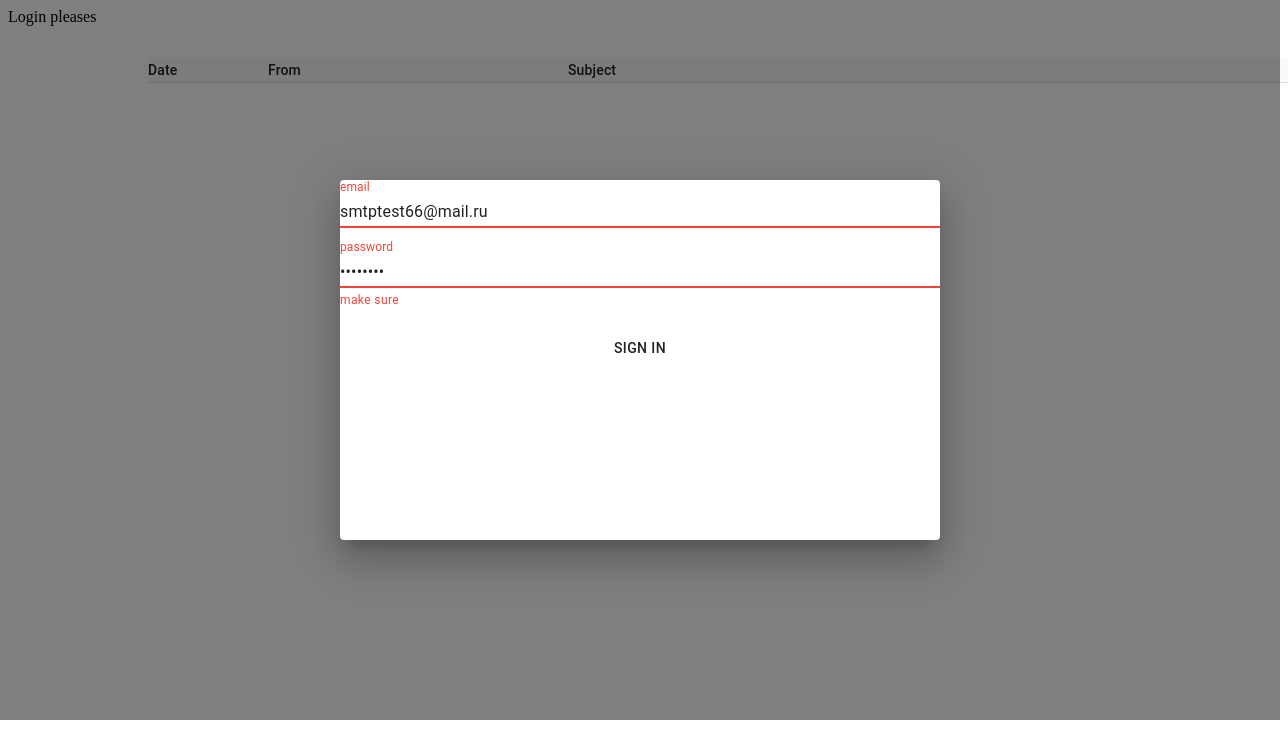
Repository: atakhanovrodion/mailclient
Page: / (app in client/)
The author's editor kept a copy of each file at every save. The page is drawn from the files as they stood at one save, then again after the next save.
The browser window is 1280 px wide. The page is 1288 px wide, so the pictures cover 1288 px, including what lies to the right of the window. The pictures show the whole page.
The project was rebuilt for these pictures with package versions that can differ from the ones it lists, and the page was loaded fresh each time. Also part of the build but not shown: client/webpack.config.js.

Above is the page before, as saved 2021-03-16 10:25:26.

### client/src/index.html
<!DOCTYPE html>
<html lang="en">
  <head>
    <title>MAILCLIENT</title>
  </head>
  <body>
    <div id="root"></div>
  </body>
</html>

### client/src/main.tsx
import * as React from "react";
import * as ReactDOM from "react-dom";

//import "normalize.css";
import "./css/main.css";

import BaseLayout from "./components/BaseLayout";

const baseComponent = ReactDOM.render(
  <BaseLayout />,
  document.getElementById("root")
);

### client/src/css/main.css
.appContainer {
  display: grid;
  grid-template-columns: 140px 1fr;
  grid-template-rows: 50px 1fr;
  width: 100vw;
  height: 100vh;
}
.header {
  grid-column: 1 / 3;
}

.listOfMailboxes {
  grid-column: 1 / 2;
  grid-row: 2 / 2;
}

.loginForm {
  display: grid;
  grid-template-columns: 200px 1f;
  grid-template-rows: 60px 90px 1fr;
}

### client/src/components/BaseLayout.tsx
import * as React from "react";
import Login from "./Login";
import * as api from "../api";
import Header from "./Header";
import ListOfMailboxes from "./ListOfMailboxes";
import ListOfMessages from "./ListOfMessages";
import WaitView from "./WaitView";
type MyState = {
  isAuth: false;
  loginEmail: string;
  loginPassword: string;
  currenEmail: string;
  currentPassword: string;
  listOfMailboxes: api.IMailbox[];
  listOfMessages: api.IMessage[];
  currentHost: string;
  currentMailboxList: [];
  currentMessageBody: string;
  currentMailbox: string;
  errorText: string;
  waitState: boolean;
};

class BaseLayout extends React.Component {
  constructor(props: any) {
    super(props);
    this.handleInput = this.handleInput.bind(this);
    this.tryAuth = this.tryAuth.bind(this);
    this.signOut = this.signOut.bind(this);
    this.getMailbox = this.getMailbox.bind(this);
    this.getMessage = this.getMessage.bind(this);
  }
  state: MyState = {
    isAuth: false,
    loginEmail: "smtptest66@mail.ru",
    loginPassword: "imap1488",
    currenEmail: "undefined",
    currentHost: "",
    currentMailboxList: [],
    currentMessageBody: "",
    currentMailbox: "INBOx",
    currentPassword: "",
    listOfMailboxes: [],
    listOfMessages: [],
    errorText: "",
    waitState: false,
  };
  render() {
    return (
      <div>
        <Login
          onSubmit={this.tryAuth}
          onChange={this.handleInput}
          isOpen={this.state.isAuth}
          user={this.state.loginEmail}
          pass={this.state.loginPassword}
          errorText={this.state.errorText}
        />
        <WaitView state={this.state.waitState} />

        <div className="appContainer">
          <div className="header">
            <Header
              onClick={this.signOut}
              currentEmail={this.state.currenEmail}
              isAuth={this.state.isAuth}
            />
          </div>
          <div className="listOfMailboxes">
            <ListOfMailboxes
              mailboxes={this.state.listOfMailboxes}
              onClick={this.getMailbox}
            />
          </div>
          <div className="centerArea">
            {" "}
            <ListOfMessages
              messages={this.state.listOfMessages}
              onClick={this.getMessage}
            />
            {this.state.currentMessageBody}{" "}
          </div>
        </div>
      </div>
    );
  }

  handleInput(e: any): void {
    const target: string = e.target.id;
    this.setState({ [target]: e.target.value });
  }

  async tryAuth(): Promise<void> {
    let domain: string = findDomain(this.state.loginEmail);
    const info: api.IAuthInfo = {
      user: this.state.loginEmail,
      password: this.state.loginPassword,
      host: "imap." + domain,
      port: 993,
    };
    this.setState({
      waitState: true,
    });
    const apiWorker = new api.Worker();
    if ((await apiWorker.tryAuth(info)) == "succes") {
      const data = {
        loginEmail: "",
        loginPassword: "",
        isAuth: true,
        currenEmail: this.state.loginEmail,
        currentPassword: this.state.loginPassword,
        currentHost: domain,
      };
      this.setState(data);
      console.log(this.state);
      this.getListOfMailboxes();
      //TODO
      this.getMailbox("INBOx");
    }
    this.setState({ loginEmail: "", loginPassword: "", waitState: false });
  }

  async getListOfMailboxes(): Promise<void> {
    this.setState({
      waitState: true,
    });
    const apiWorker = new api.Worker();
    const mailboxes = await apiWorker.listOfMailboxes();
    this.setState({ listOfMailboxes: mailboxes, waitState: false });
  }

  async getMailbox(path: string): Promise<void> {
    this.setState({
      waitState: true,
    });
    const apiWorker: api.Worker = new api.Worker();
    const messages: api.IMessage[] = await apiWorker.getMailbox(path);
    this.setState({
      listOfMessages: messages,
      currentMailbox: path,
      waitState: false,
    });
    console.log(this.state);
  }

  async getMessage(message: api.IMessage): Promise<void> {
    this.setState({
      waitState: true,
    });
    const apiWorker: api.Worker = new api.Worker();
    const messageBody: string = await apiWorker.getMessage(
      this.state.currentMailbox,
      message.id.toString()
    );
    this.setState({
      currentMessageBody: messageBody,
      waitState: false,
    });
  }

  signOut(): void {
    this.setState({
      isAuth: false,
      listOfMailboxes: [],
      listOfMessages: [],
    });
  }
}
export default BaseLayout;

//TODO
//email validation
function findDomain(address: string): string {
  let i = 0;
  let domain = "";
  while (i < address.length) {
    if (address[i] == "@") {
      if (address[i + 1]) {
        let j = i + 1;
        while (j < address.length) {
          domain += address[j];
          j++;
        }
      }
    }
    i++;
  }
  return domain;
}

### client/src/components/Login.tsx
import React from "react";
import { withStyles } from "@material-ui/styles";
import Dialog from "@material-ui/core/Dialog";
import TextField from "@material-ui/core/TextField";
import Button from "@material-ui/core/Button";

type Props = {
  onSubmit: any;
  onChange: any;
  isOpen: boolean;
  user: string;
  pass: string;
  classes: any;
  errorText: string;
};

const styles = {
  dialogPaper: {
    minHeight: "50vh",
    maxHeight: "80vh",
  },
};

const Login: React.FC<Props> = ({
  onSubmit,
  onChange,
  isOpen,
  user,
  pass,
  classes,
  errorText,
}) => {
  return (
    <Dialog
      open={!isOpen}
      disableBackdropClick={true}
      disableEscapeKeyDown={true}
      fullWidth={true}
      classes={{ paper: classes.dialogPaper }}
    >
      <form className="loginForm">
        <TextField
          id="loginEmail"
          onChange={onChange}
          label="email"
          value={user}
          error={errorText === ""}
        />
        <TextField
          id="loginPassword"
          onChange={onChange}
          label="password"
          type="password"
          value={pass}
          error={errorText === ""}
          helperText={"make sure "}
        />
        <Button onClick={onSubmit}>Sign in</Button>
      </form>
    </Dialog>
  );
};

export default withStyles(styles)(Login);

### client/src/api.ts
import axios, { AxiosResponse } from "axios";

export interface IAuthInfo {
  host: string;
  port: number;
  user: string;
  password: string;
}
export interface IMailbox {
  name: string;
  path: string;
}
export interface IMessage {
  id: number;
  from: string;
  subject: string;
  date: string;
  body?: string;
}

export class Worker {
  public async tryAuth(info: IAuthInfo): Promise<string> {
    const response: AxiosResponse = await axios.post(
      "http://localhost:3001/auth",
      info
    );
    return response.data;
  }
  public async listOfMailboxes(): Promise<IMailbox[]> {
    const response: AxiosResponse = await axios.get(
      "http://localhost:3001/mailboxes"
    );
    return response.data;
  }
  public async getMailbox(mailbox: string): Promise<IMessage[]> {
    const response: AxiosResponse = await axios.get(
      `http://localhost:3001/mailboxes/${mailbox}`
    );
    return response.data;
  }
  public async getMessage(mailbox: string, id: string): Promise<string> {
    const response: AxiosResponse = await axios.get(
      `http://localhost:3001/mailboxes/${mailbox}/${id}`
    );
    return response.data;
  }
}

### client/src/components/Header.tsx
import React from "react";
import Button from "@material-ui/core/Button";
type Props = {
  onClick: any;
  currentEmail: string;
  isAuth: boolean;
};

const Header: React.FC<Props> = ({ onClick, currentEmail, isAuth }) => {
  return (
    <div>
      {isAuth == true ? (
        <div>
          Your email:{currentEmail}
          <Button onClick={onClick}>Sign out</Button>
        </div>
      ) : (
        <div>Login pleases </div>
      )}
    </div>
  );
};
export default Header;

### client/src/components/ListOfMailboxes.tsx
import React from "react";
import { IMailbox } from "../api";
import Chip from "@material-ui/core/Chip";
import List from "@material-ui/core/List";
type Props = {
  mailboxes: IMailbox[];
  onClick: any;
};

const listOfMailboxes: React.FC<Props> = ({ mailboxes, onClick }) => {
  return (
    <List>
      {mailboxes.map((value) => {
        return (
          <Chip
            onClick={() => {
              onClick(value.path);
            }}
            label={`${value.name}`}
          />
        );
      })}
    </List>
  );
};
export default listOfMailboxes;

### client/src/components/ListOfMessages.tsx
import React from "react";
import { IMessage } from "../api";

import Table from "@material-ui/core/Table";
import TableBody from "@material-ui/core/TableBody";
import TableCell from "@material-ui/core/TableCell";
import TableHead from "@material-ui/core/TableHead";
import TableRow from "@material-ui/core/TableRow";

type Props = {
  messages: IMessage[];
  onClick: any;
};

const ListOfMessages: React.FC<Props> = ({ messages, onClick }) => (
  <Table stickyHeader padding="none">
    <TableHead>
      <TableRow>
        <TableCell style={{ width: 120 }}>Date</TableCell>
        <TableCell style={{ width: 300 }}>From</TableCell>
        <TableCell>Subject</TableCell>
      </TableRow>
    </TableHead>
    <TableBody>
      {messages.map((message) => (
        <TableRow
          onClick={() => {
            onClick(message);
          }}
          key={message.id}
        >
          <TableCell>{new Date(message.date).toLocaleDateString()}</TableCell>
          <TableCell>{message.from}</TableCell>
          <TableCell>{message.subject}</TableCell>
        </TableRow>
      ))}
    </TableBody>
  </Table>
); /* Mailboxes. */

export default ListOfMessages;

### client/src/components/WaitView.tsx
import React from "react";

import Dialog from "@material-ui/core/Dialog";
import DialogContent from "@material-ui/core/DialogContent";
import DialogContentText from "@material-ui/core/DialogContentText";

type Props = {
  state: boolean;
};

const WaitView: React.FC<Props> = ({ state }) => {
  return (
    <Dialog
      open={state}
      disableBackdropClick={true}
      disableEscapeKeyDown={true}
      transitionDuration={0}
    >
      <DialogContent>
        <DialogContentText>Please wait...</DialogContentText>
      </DialogContent>
    </Dialog>
  );
};

export default WaitView;

After the next save:
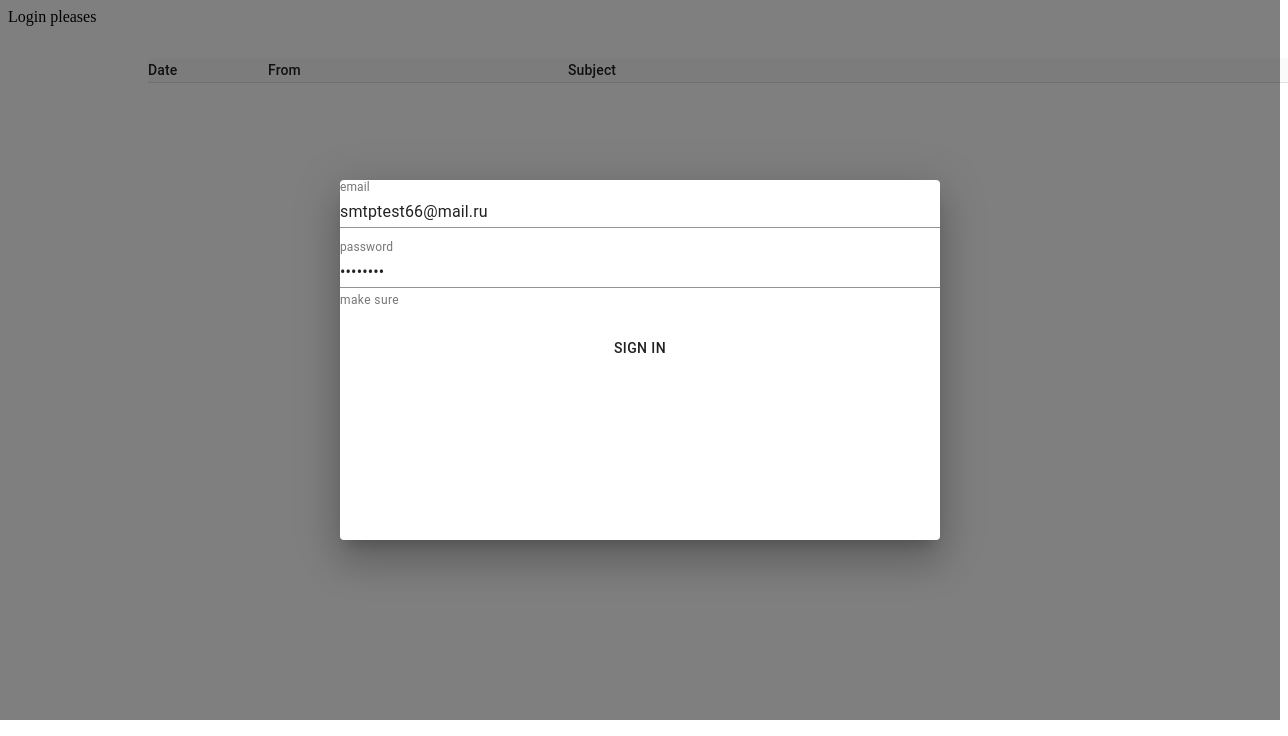
Saved 12 s later.
--- a/client/src/components/Login.tsx
+++ b/client/src/components/Login.tsx
@@ -44,7 +44,7 @@ const Login: React.FC<Props> = ({
           onChange={onChange}
           label="email"
           value={user}
-          error={errorText === ""}
+          error={errorText !== ""}
         />
         <TextField
           id="loginPassword"
@@ -52,7 +52,7 @@ const Login: React.FC<Props> = ({
           label="password"
           type="password"
           value={pass}
-          error={errorText === ""}
+          error={errorText !== ""}
           helperText={"make sure "}
         />
         <Button onClick={onSubmit}>Sign in</Button>
